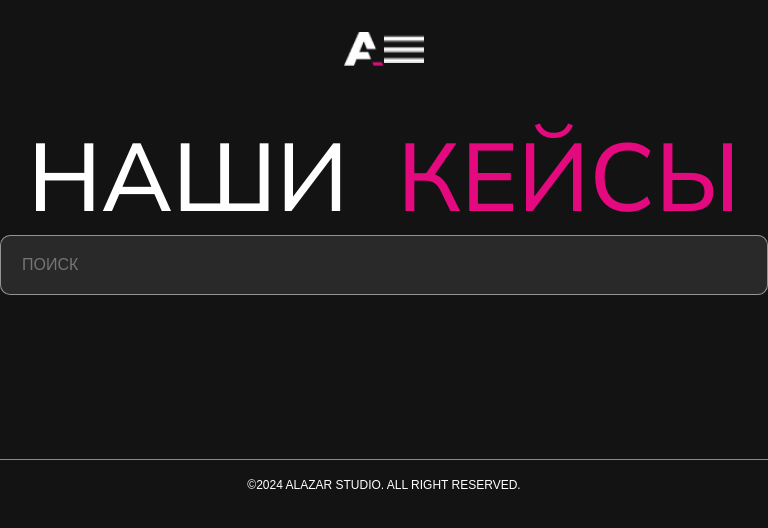
Repository: AlazarStudio/alazar_studio
Page: /cases
The author's editor kept a copy of each file at every save. The page is drawn from the files as they stood at one save, then again after the next save.
The browser window is 768 px wide. The pictures show the whole page.
The page's requests for data from a server got no answer. The project was rebuilt for these pictures with package versions that can differ from the ones it lists, and the page was loaded fresh each time. No one was signed in, and anything a server would have sent is missing. Also part of the build but not shown: vite.config.js, src/Components/Pages/Non_Found_Page.jsx, src/Components/Standart/CenterBlock/CenterBlock.module.css, src/Components/Standart/CenterBlock/CenterBlock.jsx, src/Components/Standart/WidthBlock/WidthBlock.module.css, src/Components/Standart/WidthBlock/WidthBlock.jsx, src/Components/Pages/HomePage/HomePage.module.css, src/Components/Pages/HomePage/HomePage.jsx and 13 more.

Above is the page before, as saved 2025-05-06 16:14:33.

### index.html
<!DOCTYPE html>
<html lang="ru">
  <head>
    <meta charset="UTF-8" />
    <link rel="icon" type="image/svg+xml" href="/favicon-alazar-studio.png" />
    <meta name="viewport" content="width=device-width, initial-scale=1.0" />
    <title>Название сайта</title>
    <!-- <link
      rel="stylesheet"
      href="https://fonts.googleapis.com/css2?family=Montserrat:wght@400;500;600;700,800&display=swap"
    /> -->
    <link
      href="https://fonts.googleapis.com/css2?family=Mulish:wght@300;400;500;600;700;800&display=swap"
      rel="stylesheet"
    />
  </head>
  <body>
    <div id="root"></div>
    <script type="module" src="/src/main.jsx"></script>
  </body>
</html>

### src/App.jsx
import React from 'react';
import { Route, Routes } from 'react-router-dom';
import Non_Found_Page from './Components/Pages/Non_Found_Page';
import Layout from './Components/Standart/Layout/Layout';
// import AdminPage from './Components/Pages/AdminPage/AdminPage';
import HomePage from './Components/Pages/HomePage/HomePage';
import AdminPage from './Components/Pages/AdminPage/AdminPage';
import CasesPage from './Components/Pages/CasesPage/CasesPage';

function App() {
  return (
    <>
      <Routes>
        <Route path="/" element={<Layout />}>
          <Route path="/" element={<HomePage />} />
          <Route path="/cases" element={<CasesPage />} />

          <Route path="*" element={<Non_Found_Page />} />
        </Route>
        <Route path="/admin/*" element={<AdminPage />} />
      </Routes>
    </>
  );
}

export default App;

### src/index.css
* {
    margin: 0;
    padding: 0;
    box-sizing: border-box;
    font-family: 'Montserrat', sans-serif;
    scroll-behavior: smooth;
}

a {
    text-decoration: none;
}

:root {
    --blockWidth: 1300px;
}

body {
    background-color: #131313;
    color: #fff;
    /* margin-top: 0px; */
}

main {
    /* display: flex;
    flex-direction: column;
    gap: 80px;
    padding-bottom: 80px; */
}

### src/Components/Standart/Layout/Layout.jsx
import React from "react";
import { Outlet } from "react-router-dom";

import Header from "../../Blocks/Header/Header"
import Footer from "../../Blocks/Footer/Footer";


function Empty({ children, ...props }) {
    return (
        <>
            <Header/>
            <Outlet />
            <Footer/>
        </>
    );
}

export default Empty;

### src/Components/Pages/CasesPage/CasesPage.jsx
import React, { useEffect, useState } from 'react';
import classes from './CasesPage.module.css';
import serverConfig from '../../../serverConfig';
import uploadsConfig from '../../../uploadsConfig';
import CaseHomeCard from '../../ui/HomePage/CaseHomeCard';

export default function CasesPage() {
  const [caseHomes, setCaseHomes] = useState([]);
  const [categories, setCategories] = useState([]); // 🆕 категории
  const [loading, setLoading] = useState(false);
  const [error, setError] = useState(null);

  useEffect(() => {
    const fetchData = async () => {
      setLoading(true);
      try {
        // Загружаем кейсы и категории параллельно
        const [casesHomeRes, categoriesRes] = await Promise.all([
          fetch(`${serverConfig}/casesHome`),
          fetch(`${serverConfig}/categories`),
        ]);

        const casesHomeData = await casesHomeRes.json();
        const categoriesData = await categoriesRes.json();

        setCaseHomes(casesHomeData);
        setCategories(categoriesData);
      } catch (err) {
        console.error('Ошибка загрузки данных:', err);
        setError('Ошибка загрузки данных');
      } finally {
        setLoading(false);
      }
    };

    fetchData();
  }, []);

  return (
    <div className={classes.container}>
      <div className={classes.containerCase}>
        <div className={classes.containerCaseTop}>
          <div className={classes.containerCaseTopName}>
            <span>НАШИ</span>
            <span>КЕЙСЫ</span>
          </div>
          <input placeholder="ПОИСК" />
        </div>

        {/* 🔽 Категории */}
        <div className={classes.categoryMenu}>
          {categories.map((cat) => (
            <span key={cat.id} className={classes.categoryItem}>
              {cat.title}
            </span>
          ))}
        </div>

        {/* 🔽 Кейсы */}
      </div>
      <CaseHomeCard caseHomes={caseHomes} />
    </div>
  );
}

### src/Components/Blocks/Header/Header.jsx
import React, { useEffect, useState, useRef } from 'react';
import classes from './Header.module.css';
import { Link } from 'react-router-dom';

function Header() {
  const [isScrolled, setIsScrolled] = useState(false);
  const [isMenuOpen, setIsMenuOpen] = useState(false);

  const menuRef = useRef(null);

  useEffect(() => {
    const handleScroll = () => {
      if (window.scrollY > 50) {
        setIsScrolled(true);
      } else {
        setIsScrolled(false);
      }
    };

    const handleClickOutside = (event) => {
      if (menuRef.current && !menuRef.current.contains(event.target)) {
        setIsMenuOpen(false); // Закрываем меню при клике вне его
      }
    };

    window.addEventListener('scroll', handleScroll);
    document.addEventListener('click', handleClickOutside);

    return () => {
      window.removeEventListener('scroll', handleScroll);
      document.removeEventListener('click', handleClickOutside);
    };
  }, []);

  const toggleMenu = () => {
    setIsMenuOpen((prev) => !prev); // Переключаем состояние меню
  };

  return (
    <div className={classes.container}>
      {/* Десктопное меню */}
      <div
        className={`${classes.containerNav} ${isScrolled ? classes.scrolled : ''}`}
      >
        <ul>
          <li>
            <img
              src="/images/headerLogo.png"
              alt="Логотип"
              className={classes.logo}
            />
          </li>
          <li><Link to="/">ГЛАВНАЯ</Link></li>
          <li><Link to="/service">УСЛУГИ</Link></li>
          <li><Link to="/cases">КЕЙСЫ</Link></li>
          <li><Link to="/shop">МАГАЗИН</Link></li>
          <li><Link to="/about">О НАС</Link></li>
          <li><Link to="/contacts">КОНТАКТЫ</Link></li>
        </ul>
      </div>

      {/* Мобильное меню */}
      <div
        className={`${classes.containerNavMobile} ${isScrolled ? classes.scrolled : ''}`}
      >
        <img
          src="/images/LogoAlazarM.png"
          alt="Логотип"
          className={classes.logoMobile}
        />

        {/* Иконка меню */}
        <img
          src="/images/headerMobil.png"
          alt="Меню"
          className={classes.menuIcon}
          onClick={toggleMenu} // Открыть/закрыть меню
        />

        {/* Блок с меню */}
        <div
          ref={menuRef} // Ссылка на меню
          className={`${classes.menu} ${isMenuOpen ? classes.open : ''}`}
        >
          <ul>
            <li><Link to="/">ГЛАВНАЯ</Link></li>
            <li><Link to="/service">УСЛУГИ</Link></li>
            <li><Link to="/cases">КЕЙСЫ</Link></li>
            <li><Link to="/shop">МАГАЗИН</Link></li>
            <li><Link to="/about">О НАС</Link></li>
            <li><Link to="/contacts">КОНТАКТЫ</Link></li>
          </ul>
        </div>
      </div>
    </div>
  );
}

export default Header;

### src/Components/Blocks/Footer/Footer.jsx
import React from 'react';
import classes from './Footer.module.css';
import CenterBlock from '../../Standart/CenterBlock/CenterBlock';
import WidthBlock from '../../Standart/WidthBlock/WidthBlock';

function Footer({ children, ...props }) {
  return (
    <>

          <div className={classes.container}>
            <span>©2024 ALAZAR STUDIO. ALL RIGHT RESERVED.</span>
          </div>

    </>
  );
}

export default Footer;

### src/serverConfig.js
function serverConfig() {
  const server = 'http://localhost:5000/api';
  // const server = 'https://backend.kch-tourism.ru/api'
  return server;
}

export default serverConfig();

### src/uploadsConfig.js
function uploadsConfig() {
	const server = 'http://localhost:5000'
	// const server = 'https://backend.equipment-house.ru'
	return server
}

export default uploadsConfig()

### src/Components/ui/HomePage/CaseHomeCard.jsx

import classes from './CaseHomeCard.module.css';
import uploadsConfig from '../../../uploadsConfig';

export default function CaseHomeCard({caseHomes}) {


  return (

        <div className={classes.containerCaseMenu}>
          {caseHomes.map((item) => (
            <div key={item.id} className={classes.caseItem}>
              <img src={`${uploadsConfig}${item.img[0]}`} alt={item.name} />
              {/* <span>{item.name}</span> */}
            </div>
          ))}
        </div>

  );
}

### src/Components/Pages/CasesPage/CasesPage.module.css


.container {
  display: flex;
  flex-direction: column;
  width: 100%;
  align-items: center;
}


.containerCase {
  display: flex;
  flex-direction: column;
  width: 100%;
  max-width: 1609px;
  align-items: center;
  margin-top: 115px;
}

.containerCaseTop {
  display: flex;
  flex-direction: column;
  align-items: center;
  width: 100%;
  max-width: 1301px;
}

.containerCaseTop input {
  width: 100%;
  height: 60px;
  border: 1px solid rgba(255, 255, 255, 0.5); /* полупрозрачная белая граница */
  background-color: rgba(128, 128, 128, 0.2); /* полупрозрачный серый фон */
  padding: 21px;
  color: #fff;
  border-radius: 10px;
  font-size: 16px;
  outline: none;
}


.containerCaseTopName {
  display: flex;
  gap: 49px;
}

.containerCaseTopName span:nth-of-type(1) {
  font-size: 96px;
  font-weight: 500;
  color: #fff;
  font-family: 'Mulish', sans-serif;
}

.containerCaseTopName span:nth-of-type(2) {
  font-size: 96px;
  font-weight: 500;
  color: #e5097f;
  font-family: 'Mulish', sans-serif;
}

.containerCaseTop img {
  width: 106px;
  cursor: pointer;
}

.categoryMenu {
  display: flex;
  align-items: center;
  justify-content: space-between;
  width: 100%;
  max-width: 1301px;
  margin-top: 34px;
  gap: 1px;
}

.categoryMenu span {
  display: flex;
  align-items: center;
  justify-content: center;
  padding: 20px;
  font-size: 16px;
  font-weight: 400;
  height: 60px;
  border: 1px solid rgba(255, 255, 255, 0.5);
  border-radius: 10px;
  font-family: 'Mulish', sans-serif;
  cursor: pointer;
}

### src/Components/Blocks/Header/Header.module.css
.container {
  display: flex;
  align-items: center;
  justify-content: center;
  position: fixed;
  top: 0;
  left: 0;
  width: 100%;
  z-index: 1000;
  transition: background 0.3s ease-in-out;

}

.containerNav {
  display: flex;
  width: 100%;
  align-items: center;
  justify-content: center; /* Логотип слева, меню справа */
  /* outline: 1px solid red; */
  height: 98px;
  background: transparent; /* Начально прозрачный */
  transition: background 0.3s ease-in-out;
  padding: 0;
}

.scrolled {
  background: #131313; /* Черный фон при скролле */
}

.logo {
  height: 49px;
}

ul {
  display: flex;
  width: 100%;
  max-width: 1400px;
  align-items: center;
  justify-content: space-between;
  list-style: none;
  padding: 0;
  margin: 0;
  /* gap: 20px; */
}

li a {
  font-size: 16px;
  font-weight: 500;
  color: #fff;
  text-decoration: none;
  transition: color 0.3s;
  font-family: 'Mulish', sans-serif;
}

.containerNavMobile {
  display: none;
}

/* li a:hover {
  color: #81212D;
} */


@media (max-width: 1280px) {

  .container {
    padding: 0 30px;

  }

  .containerNavMobile {
    display: none;
  }


}

@media (max-width: 768px) {

  .container {
    display: flex;
    align-items: center;
    justify-content: center;
    position: fixed;
    top: 0;
    left: 0;
    width: 100%;
    z-index: 1000;
    transition: background 0.3s ease-in-out;
  }

  .containerNav {
    display: none;
    width: 100%;
    align-items: center;
    justify-content: center;
    height: 98px;
    background: transparent;
    transition: background 0.3s ease-in-out;
    padding: 0;
  }

  .scrolled {
    background: #131313;
  }

  .logo {
    height: 49px;
  }

  ul {
    display: flex;
    width: 100%;
    max-width: 1400px;
    align-items: center;
    justify-content: space-between;
    list-style: none;
    padding: 0;
    margin: 0;
  }

  li a {
    font-size: 16px;
    font-weight: 500;
    color: #fff;
    text-decoration: none;
    transition: color 0.3s;
    font-family: 'Mulish', sans-serif;
  }

    .containerNav {
      display: none;
    }

    .containerNavMobile {
      display: flex;
      justify-content: space-between;
      align-items: center;
      height: 98px;
      background: transparent;
      transition: background 0.3s ease-in-out;
      padding: 0;
    }

    .logoMobile {
      width: 40px;
    }

    /* Иконка меню для мобильных */
    .menuIcon {
      width: 40px;
      cursor: pointer;
    }

    /* Стили для меню */
    .menu {
      position: fixed;
      top: 0;
      right: -250px;
      width: 250px;
      height: 100%;
      background-color: #333;
      color: #fff;
      transition: right 0.3s ease;
    }

    /* Меню открывается */
    .menu.open {
      right: 0;
    }

    .menu ul {
      list-style-type: none;
      padding: 20px;
      margin: 0;
    }

    .menu li {
      margin: 20px 0;
    }

    .menu a {
      color: #fff;
      text-decoration: none;
      font-size: 18px;
    }
  }

### src/Components/Blocks/Footer/Footer.module.css
.container {
  display: flex;
  align-items: center;
  justify-content: center;
  height: 100px;
  color: #fff;
  border-top: 1px solid rgba(255, 255, 255, 0.5);
  margin-top: 100px;
  padding: 2px;
  font-size: 12px;
}



@media (max-width: 768px) {
  .container {
    height: 50px;
    font-size: 12px;
  }
}

### src/Components/ui/HomePage/CaseHomeCard.module.css
.containerCaseMenu {
  display: flex;
  justify-content: space-between;
  flex-wrap: wrap;
  width: 100%;
  max-width: 1609px;
  margin-top: 30px;
}

.caseItem {
  display: flex;
  flex-direction: column;
  position: relative;
  align-items: center;
  width: 507px;
  height: 507px;
  cursor: pointer;
  margin-top: 48px;
  border-radius: 10px;
}

.caseItem img {
  width: 100%;
  height: 100%;
  border-radius: 10px;
}

.caseItem span {
  display: flex;
  text-align: center;
  position: absolute;
  top: 72px;
  font-size: 30px;
  font-weight: 700;
  margin-right: 50px;
  margin-left: 50px;
}

@media (max-width: 1280px) {
  .containerCaseMenu {
    max-width: 1280px;
  }

  .caseItem {
    width: 368px;
    height: 368px;
  }
}

@media (max-width: 480px) {
  .containerCaseMenu {
    max-width: 480px;
    margin-top: -30px !important;
  }

  .caseItem {
    width: 100%;
  }
}

Loaded but not shown: src/main.jsx (common file)

After the next save:
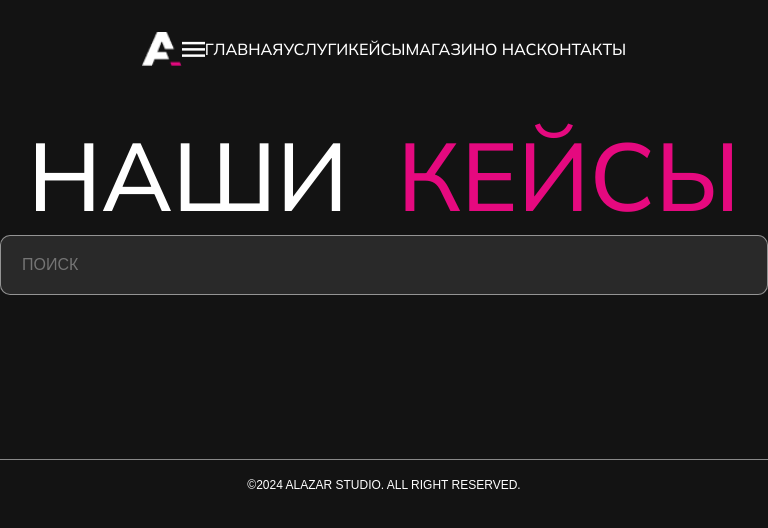
Saved 21 s later.
--- a/src/Components/Blocks/Header/Header.module.css
+++ b/src/Components/Blocks/Header/Header.module.css
@@ -147,41 +147,5 @@
     }
 
     /* Иконка меню для мобильных */
-    .menuIcon {
-      width: 40px;
-      cursor: pointer;
-    }
 
-    /* Стили для меню */
-    .menu {
-      position: fixed;
-      top: 0;
-      right: -250px;
-      width: 250px;
-      height: 100%;
-      background-color: #333;
-      color: #fff;
-      transition: right 0.3s ease;
-    }
-
-    /* Меню открывается */
-    .menu.open {
-      right: 0;
-    }
-
-    .menu ul {
-      list-style-type: none;
-      padding: 20px;
-      margin: 0;
-    }
-
-    .menu li {
-      margin: 20px 0;
-    }
-
-    .menu a {
-      color: #fff;
-      text-decoration: none;
-      font-size: 18px;
-    }
   }

After the save that followed:
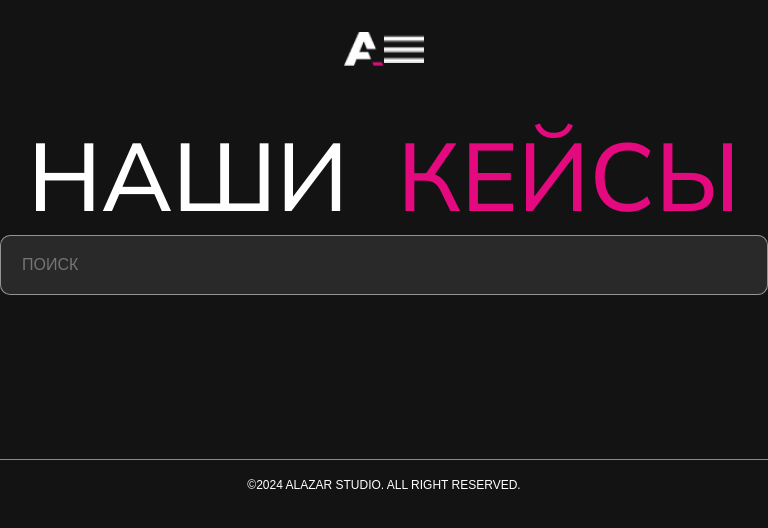
Saved 4 s later.
--- a/src/Components/Blocks/Header/Header.module.css
+++ b/src/Components/Blocks/Header/Header.module.css
@@ -147,5 +147,41 @@
     }
 
     /* Иконка меню для мобильных */
+    .menuIcon {
+      width: 40px;
+      cursor: pointer;
+    }
 
+    /* Стили для меню */
+    .menu {
+      position: fixed;
+      top: 0;
+      right: -250px;
+      width: 250px;
+      height: 100%;
+      background-color: #333;
+      color: #fff;
+      transition: right 0.3s ease;
+    }
+
+    /* Меню открывается */
+    .menu.open {
+      right: 0;
+    }
+
+    .menu ul {
+      list-style-type: none;
+      padding: 20px;
+      margin: 0;
+    }
+
+    .menu li {
+      margin: 20px 0;
+    }
+
+    .menu a {
+      color: #fff;
+      text-decoration: none;
+      font-size: 18px;
+    }
   }
